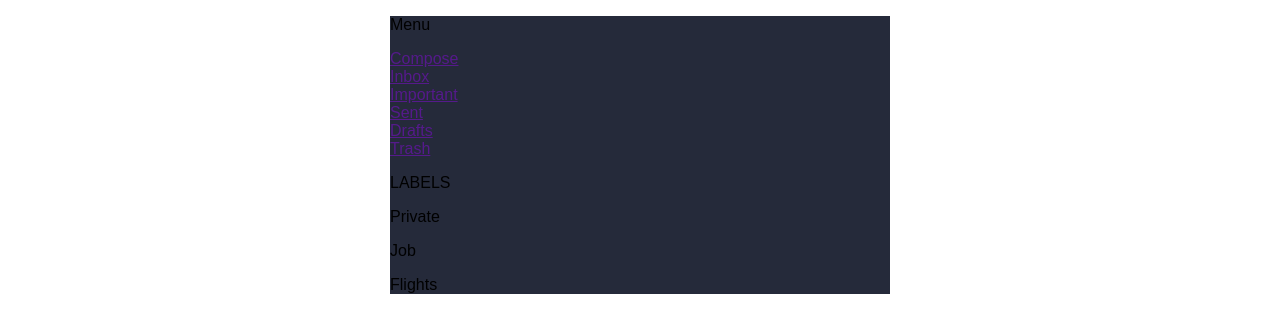
Repository: Gumiin/studia
Page: lesson4/index.html
The author's editor kept a copy of each file at every save. The page is drawn from the files as they stood at one save, then again after the next save.
The browser window is 1280 px wide. The pictures show the whole page.

Above is the page before, as saved 2021-04-07 17:41:55.

### lesson4/index.html
<!DOCTYPE html>
<html lang="en">
<head>
    <meta charset="UTF-8">
    <meta http-equiv="X-UA-Compatible" content="IE=edge">
    <meta name="viewport" content="width=device-width, initial-scale=1.0">
    <title>Mail mobile part</title>
    <link rel="stylesheet" href="style.css">
</head>
<body>
    <div id="menu">
        <p>Menu</p>
        <a href=""><div id="compose">Compose</div></a>
        <nav>
            <a href=""><div class="menu">Inbox</div></a>
            <a href=""><div class="menu">Important</div></a>
            <a href=""><div class="menu">Sent</div></a>
            <a href=""><div class="menu">Drafts</div></a>
            <a href=""><div class="menu">Trash</div></a>
        </nav>
        <p>LABELS</p>
        <div id="labels">
            <p>
                <div class="label"></div>
            Private
            </p>
            <p>
                <div class="label"></div>
            Job
            </p>
            <p>
                <div class="label"></div>
            Flights
            </p>
        </div>
    </div>
    <div id="mails">
    </div>
    <div id="content">

    </div>
</body>
</html>

### lesson4/style.css
body{
    max-width: 500px;
    margin:auto;
    font-family: Arial, sans-serif;
}
#menu{
    background-color: #252a3a;
    font: 16px, white;
}
#compose{
    background-color: ;
}

After the next save:
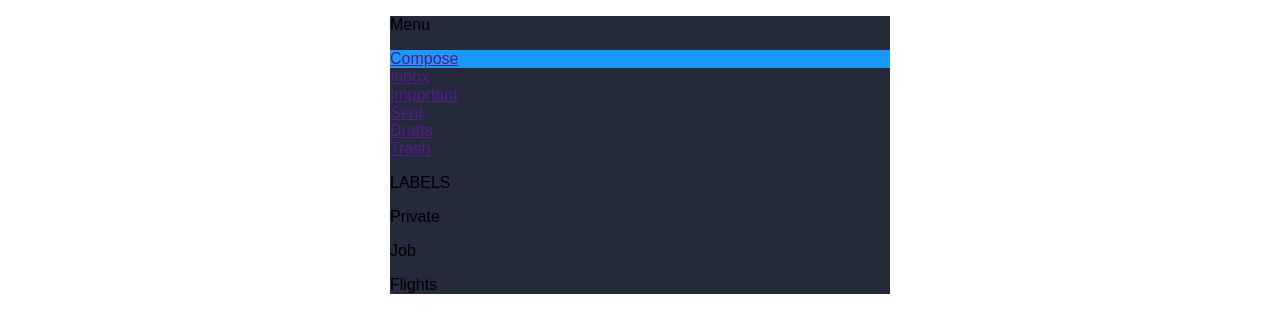
Saved 10 s later.
--- a/lesson4/style.css
+++ b/lesson4/style.css
@@ -8,5 +8,5 @@ body{
     font: 16px, white;
 }
 #compose{
-    background-color: ;
+    background-color:#1B98F8;
 }
